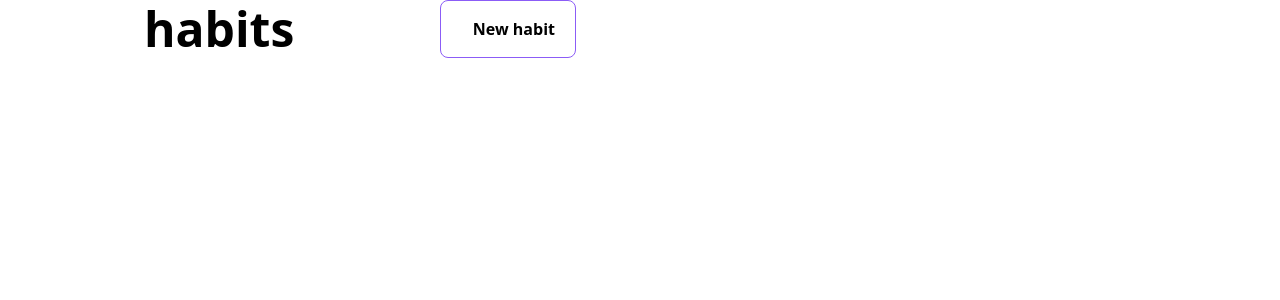
Repository: LuisSempre/nlw-setup-2023
Page: /
The author's editor kept a copy of each file at every save. The page is drawn from the files as they stood at one save, then again after the next save.
The browser window is 1280 px wide. The pictures show the whole page.
The project was rebuilt for these pictures with package versions that can differ from the ones it lists, and the page was loaded fresh each time. Also part of the build but not shown: vite.config.ts.

Above is the page before, as saved 2023-01-17 23:24:32.

### index.html
<!DOCTYPE html>
<html lang="en">
  <head>
    <meta charset="UTF-8" />
    <link rel="icon" type="image/svg+xml" href="/vite.svg" />
    <meta name="viewport" content="width=device-width, initial-scale=1.0" />
    <title>Nlw Setup 2023</title>
  </head>
  <body>
    <div id="app"></div>
    <script type="module" src="/src/main.ts"></script>
  </body>
</html>

### src/App.vue
<script setup lang="ts">
import { TrackerHeader } from "./components/TrackerHeader";
</script>

<template>
  <div class="flex flex-col">
    <TrackerHeader />
  </div>
</template>

### src/components/TrackerHeader/index.ts
import TrackerHeader from "./TrackerHeader.vue";

export { TrackerHeader };

### src/components/TrackerHeader/TrackerHeader.vue
<template>
  <div class="flex w-[720px] items-center justify-between px-36 pb-16">
    <div class="flex flex-col">
      <TrackerHeaderColors />
      <span class="text-5xl font-extrabold">habits</span>
    </div>
    <button
      class="
        flex
        cursor-pointer
        items-center
        rounded-lg
        border border-violet-500
        px-5
        py-4
        font-semibold
      "
    >
      <IconPlus class="mr-3" />
      <span>New habit</span>
    </button>
  </div>
</template>

### src/components/Tracker/TrackerHeader.vue
<template>
  <div class="flex w-[720px] items-center justify-between px-36 pb-16">
    <div class="flex flex-col">
      <TrackerHeaderColors />
      <span class="text-5xl font-extrabold">habits</span>
    </div>
    <button
      class="
        flex
        cursor-pointer
        items-center
        rounded-lg
        border border-violet-500
        px-5
        py-4
        font-semibold
      "
    >
      <IconPlus class="mr-3" />
      <span>New habit</span>
    </button>
  </div>
</template>

Loaded but not shown: src/main.ts (common file); src/style.css (common file); tailwind.config.cjs (common file)

After the next save:
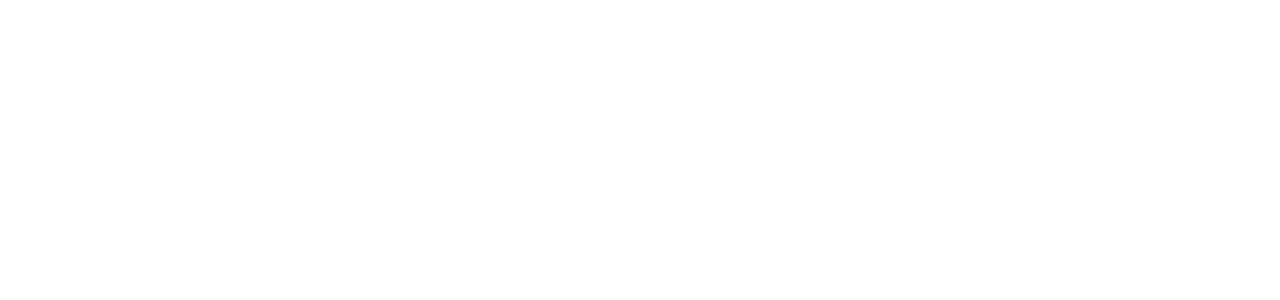
Saved 6 s later.
--- a/src/App.vue
+++ b/src/App.vue
@@ -1,5 +1,4 @@
 <script setup lang="ts">
-import { TrackerHeader } from "./components/TrackerHeader";
 </script>
 
 <template>

After the save that followed:
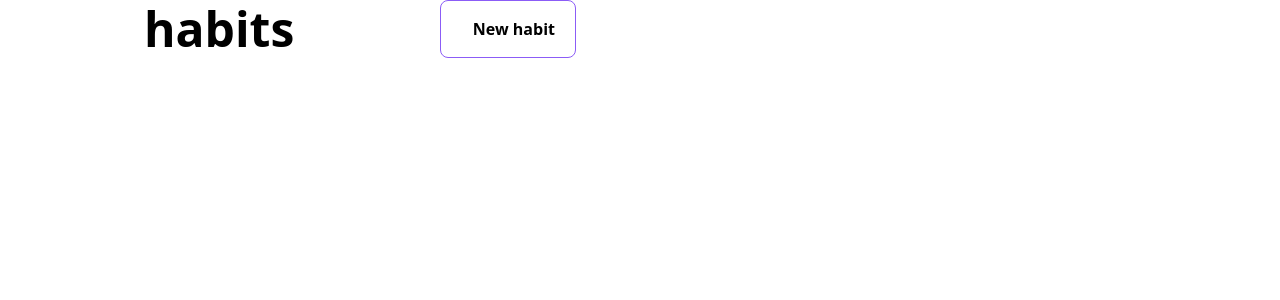
Saved 24 s later.
--- a/src/App.vue
+++ b/src/App.vue
@@ -1,8 +1,10 @@
-<script setup lang="ts">
+<script setup la
+  components: { TrackerHeader },ng="ts">
+import TrackerHeader from "./components/Tracker/TrackerHeader.vue";
 </script>
 
 <template>
   <div class="flex flex-col">
-    <TrackerHeader />
+    <tracker-header />
   </div>
 </template>
